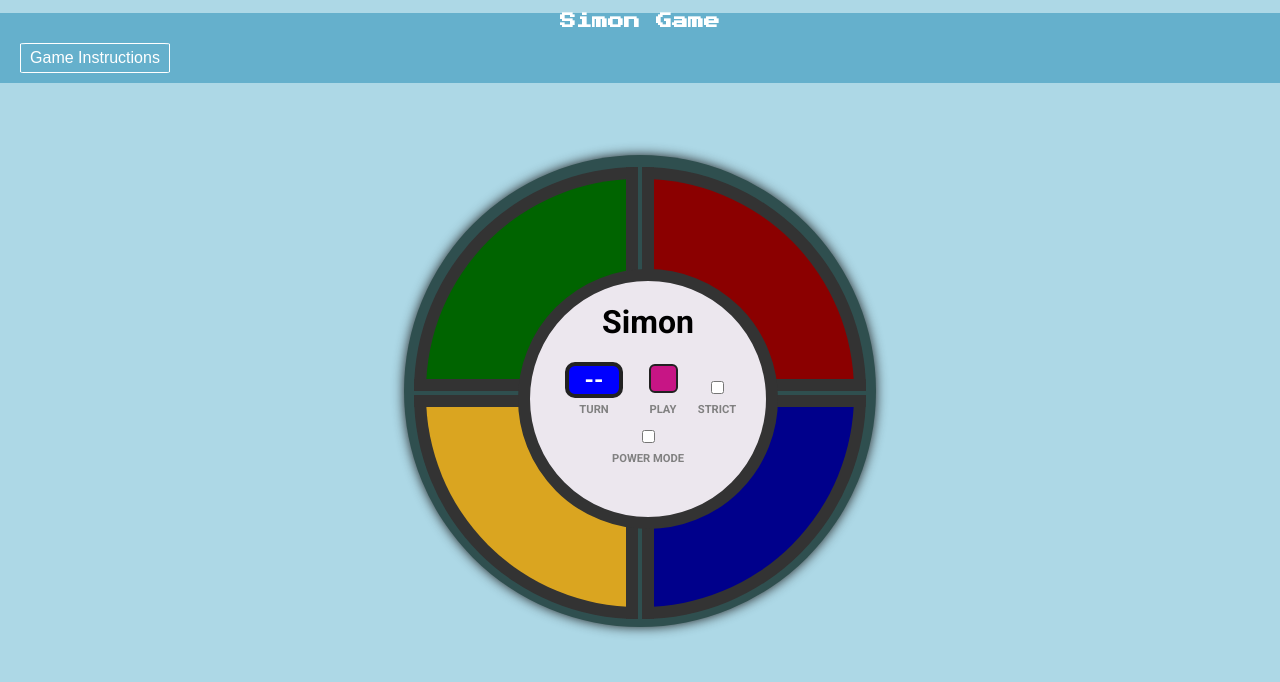
Repository: bbarbara19/memorygame
Page: index.html
The author's editor kept a record of every edit. The page is drawn from the files as they stood at one moment, then again after the next edit.
The browser window is 1280 px wide. The pictures show the whole page.

Above is the page before.

### index.html
<!DOCTYPE html>
<html lang="en">
<head>
    <meta charset="UTF-8">
    <meta name="viewport" content="width=device-width, initial-scale=1.0">
    <meta http-equiv="X-UA-Compatible" content="ie=edge">
    <link rel="stylesheet" href="style.css" type="text/css"/>
    <link rel="stylesheet" href="" type="text/css" />
    <script src="https://cdn.jsdelivr.net/npm/sweetalert2@8"></script>
    <title>Simon Game</title>
      <audio id="clip1" src="sounds/simonSound1.mp3"></audio>
      <audio id="clip2" src="sounds/simonSound2.mp3"></audio>
      <audio id="clip3" src="sounds/simonSound3.mp3"></audio>
      <audio id="clip4" src="sounds/simonSound4.mp3"></audio>
</head>
<body>

<!--nav bar-->

<nav>
    <div class="title">
        <h1 style="font-family: 'Press Start 2P', cursive; font-size:16px; color:white; text-align:center;">Simon Game</h1>
    </div>
    <div class="btn-wrap">
            <button class="btn-GameHelp" onclick="confirmation();">Game Instructions</button>
    </div>
</nav>

<!--nav bar-->

<!--Container Game console-->
<div class="container">
    <div class="fourPads">
        <div>
            <div class="inline pad green" id='green'></div>
            <div class="inline pad red" id='red'></div>
        </div>
        <div>
          <div class="inline pad yellow" id='yellow'></div>
          <div class="inline pad blue" id='blue'></div>
        </div>
     </div> <!--end fourPads -->
     <div class="console"> <!--inner gma console -->
         <h1 class="brand">Simon</h1>
         <div class="rw">
             <div class="display inline">
                 <h1 class="counter boxTurn" id="Counter">--</h1>
                 <h3 class="label">TURN</h3>
             </div>
             <div class="btn-box inline">
                 <div class="round-btn clickable" id="start"></div>
                 <h3 class="label">PLAY</h3>
             </div>
             <div class="btn-box inline">
                 <input type="checkbox" class="toggle" id="strictMode">
                 <h3 class="label">STRICT</h3>
             </div> <!--ligh stric mode on-->
             <div>
                 <input type="checkbox" class="toggle inline" id="powerMode">
                 <h3 class="label">POWER MODE</h3>
                 </input>
             </div> <!--fine center div-->
         </div>
    </div>  <!--end inner game console -->
</div> <!--end main container -->
<script type="text/javascript" src="script.js"></script>
</body>
</html>

### style.css
@import url('https://fonts.googleapis.com/css?family=Roboto:300,400,500,700&display=swap');
@import url('https://fonts.googleapis.com/css?family=Press+Start+2P&display=swap');

body {
 background-color: lightblue;
 font-family:Roboto;
 margin:0;
 padding:0;
}

/*--style Button Drop down instructions--*/

/* Dropdown Button */
.btn-GameHelp {
  background-color: #65b0cc;
  color: white;
  padding: 5px;
  width:150px;
  position: relative;
  margin: 10 auto;
  font-size: 16px;
  cursor: pointer;
  left:20px;
  border-radius:4%;
  border: solid 1px white;
  text-align:center;
}

nav {
  margin:0;
  padding:0;
  width:100%;
  height:70px;
  background-color:#65b0cc;
}

.title{
 width: 50%;
 margin: 0 auto;
}
/*--End style Button Drop down instructions--*/

/*--style Game container--*/

.h1{
  font-family: 'Press Start 2P', cursive;
  font-size:16px;
  color : #222;
  margin-top:10px;
}

.container{
  width: 472px;
  height:472px;
  border-radius:100%;
  position: relative;
  text-align: center;
  margin:auto;
  background-color:darkslategray;
  top:10vh;
  box-shadow: 0px 0px 12px #222;
}

.fourPads{
  position: relative;
  top:12px;
}

.pad.red {
    background:darkred;
    border-top-right-radius : 100%;
}

.pad.green {
    background:darkgreen;
    border-top-left-radius : 100%;
}

.pad.yellow {
    background:goldenrod;
    border-bottom-left-radius : 100%;
}

.pad.blue {
    background:darkblue;
    border-bottom-right-radius : 100%;
}

.console{
  width:50%;
  height:50%;
  position : absolute;
  border-radius:100%;
  top:50%;
  left:50%;
  margin: -122px 0 0  -122px;
  background-color:#ECE7EE;
  border: 12px solid #333;
}

.pad {
  position  : relative;
  width:200px;
  height:200px;
  background-color : grey;
  border: 12px solid #333;
}

.inline{
  display: inline-block;
}

.counter{
  font-family: Roboto;
  color : white;
  padding : 0px;
  font-size : 1.5em;
  width : 50px;
  background-color: #00FF;
  position:relative;
  border : 4px solid #222;
  border-radius : 10px;
  margin:auto;
}

.round-btn{
  width : 25px;
  height : 25px;
  position: relative;
  background-color : mediumvioletred;
  border-radius : 20%;
  border : 2px solid #222;
  margin:auto;
  top : -5px;
}

.round-btn:active{
    box-shadow : 0 1px 1px #292929;
    top : -4px;
}

.clickable{
  pointer-events : auto;
  cursor:pointer;
}

.led-on{
  background-color:#DC0D29;
}

.led-off{
  color:white;
}

.label{
  color : grey;
  font-family :Roboto;
  font-size:0.7em;
  margin-top:5px;
  text-align:center;
}

.display{
  width : 80px;
  position:relative;
  text-align:center;
}

.btn-box{
  width : 50px;
  position:relative;
}
/*--style Game container--*/

### script.js
let SimonOrder = [];
let playerOrder = [];
let flash;
let turn;
let good;
let SimonTurn;
let intervalId;
let strict = false;
let noise = true;
let on = false;
let win;

const turnCounter = document.querySelector("#Counter");

// event listener to check if StrictMode is checked or not
function StrictMode(){
  if (document.querySelector('#strictMode').checked == true){
  console.log('selezionato');
  strict = true;
  } else {
  strict = false;
  }
}


// event listener on the click on the strict mode checkbox, to call the function  StrictMode()
document.querySelector('#strictMode').addEventListener('click', function(){
 console.log('StrictMode');
 StrictMode();
})


// Power mode checked - allows different messages on the counter box TESTED

function PowerChecked(){
if (document.querySelector('#powerMode').checked == true){
  console.log('power mode is on');
  on = true;
  document.querySelector(".boxTurn").innerHTML = "ON";
  } else {
  console.log('power mode is off');
  on = false;
  document.querySelector(".boxTurn").innerHTML = "OFF";
  clearColor();
  clearInterval(intervalId);
  }
}

document.querySelector('#powerMode').addEventListener('click', function(){
 console.log('PowerClicked');
 PowerChecked();
 alert('Power Mode active, press the Play button!')
})

//function clear Color - reset the pad colours to dark after the turn
function clearColor() {
  document.querySelector('.green').style.backgroundColor = "darkgreen";
  document.querySelector('.red').style.backgroundColor = "darkred";
  document.querySelector('.yellow').style.backgroundColor = "goldenrod";
  document.querySelector('.blue').style.backgroundColor = "darkblue";
}

//function Flash Color - flashes the pad colours during the turn TESTED
function flashColor() {
 document.querySelector('.green').style.backgroundColor = "lime";
 document.querySelector('.red').style.backgroundColor = "red";
 document.querySelector('.yellow').style.backgroundColor = "yellow";
 document.querySelector('.blue').style.backgroundColor = "turquoise";
}

//functions play audio
function padgreen() {
  if (noise) {
    let audio = document.getElementById("clip1");
    audio.play();
  }
  noise = true;
  document.querySelector('.green').style.backgroundColor = "lime";
}

function padred() {
  if (noise) {
    let audio = document.getElementById("clip2");
    audio.play();
  }
  noise = true;
  document.querySelector('.red').style.backgroundColor = "red";
}

function padblue() {
  if (noise) {
    let audio = document.getElementById("clip3");
    audio.play();
  }
  noise = true;
  document.querySelector('.blue').style.backgroundColor = "turquoise";
}

function padyellow() {
  if (noise) {
    let audio = document.getElementById("clip4");
    audio.play();
  }
  noise = true;
  document.querySelector('.yellow').style.backgroundColor = "yellow";
}

//Play function at the start Simon and Player order set to zero, counter set to 1
function play() {
  SimonOrder = [];
  playerOrder = [];
  flash = 0;
  win = false;
  intervalId = 0;
  turn = 1;
  turnCounter.innerHTML = 1;
  good = true;
  for (var i = 0; i < 10; i++) {
    SimonOrder.push(Math.floor(Math.random() * 4) + 1);
  }
  console.log(SimonOrder);
  SimonTurn = true; //it starts with the computer turn
  intervalId = setInterval(gameTurn, 800); //setinterval is going to run the function gameTurn after 800 mlliseconds
  //the computer flashes a ligh after 800 milliseconds and is going to repeat it until this interval is cleared
  //this interval is cleared after all the lights have been flashed
}

function gameTurn() {
  on = false; //during the computer turn the player can't click on the buttons
  if (flash == turn) {
    clearInterval(intervalId);
    SimonTurn = false;
    clearColor();
    on = true;
  }


  // if it is the computer turn,  it clears all the pad colours and activate the flashes on the four pads
    if (SimonTurn) {
    clearColor();
    setTimeout( function Flash() {  //setTimeout after 200 milliseconds
      if (SimonOrder[flash] == 1){
        padgreen();
      }
      if (SimonOrder[flash] == 2){
        padred();
      }
      if (SimonOrder[flash] == 3){
        padblue();
      }
      if (SimonOrder[flash] == 4){
        padyellow();
      }
      flash++; //flash started at 0 and is going to be incremented of one every time the computer flashes, this happens after 200 milliseconds
      //a light is going to be to
    }, 200);
  }

}

//event listener of the start button to call the play()function
document.querySelector("#start").addEventListener('click', function StartCommand(){
  if (on || win) {
  console.log('start pressed');
  play();
  }
})

//function to check the win status
function check() {
  if (playerOrder[playerOrder.length - 1] !== SimonOrder[playerOrder.length - 1]) {
    good = false;
    console.log(good);
    window.alert("try again!");
  }

  if (playerOrder.length == 10 && good) {
    winGame();
  }

  if (good == false) {
    flashColor();
    turnCounter.innerHTML ="NO!";
    /*inner html not working*/
    setTimeout(() => {
      turnCounter.innerHTML = turn;
      clearColor();

      if (strict) {
        play();//reset the game to zero and start play again
      } else {
        SimonTurn = true;
        flash = 0;
        playerOrder = [];
        good = true;
        intervalId = setInterval(gameTurn, 800);
      }
    }, 800);
    noise = false;
  }

   if (turn == playerOrder.length && good && !win) {
    turn++;
    playerOrder = [];
    SimonTurn = true;
    flash = 0;
    window.alert("you won the turn!");
    turnCounter.innerHTML = turn;
    intervalId = setInterval(gameTurn, 800);
    console.log('the turn number is:'+turn);
  }

}


/*function that listens to the player click on the pads, records the number clicked in the Player Order array
flashes the pad and sound and after a timeout clear the pad colours*/

document.querySelectorAll('.pad').forEach(function(e){
    e.addEventListener('click', function(){
      if (on){
        console.log('cliccato');
        var padClicked = this.id;
              switch (padClicked) {
              case "green":
                console.log('green clicked');
                playerOrder.push(1);
                console.log(playerOrder);
                padgreen();
                check();
                if (!win) {
                  setTimeout(function(){
                  clearColor();
                 }, 300);
                }
                break;
              case "yellow":
                console.log('yellow clicked');
                playerOrder.push(4);
                console.log(playerOrder);
                padyellow();
                check();
                if (!win) {
                  setTimeout(function(){
                  clearColor();
                 }, 300);
                }
                break;
              case "red":
                console.log('red clicked');
                playerOrder.push(2);
                console.log(playerOrder);
                padred();
                check();
                if (!win) {
                  setTimeout(function(){
                  clearColor();
                 }, 300);
                }
                break;
              case "blue":
                console.log('blue clicked');
                playerOrder.push(3);
                console.log(playerOrder);
                padblue();
                check();
                if (!win) {
                  setTimeout(function(){
                  clearColor();
                 }, 300);
                }
                break;
              default:
                console.log('no match found');
            }
         }
          })
      })


// function win the game
function winGame() {
  flashColor();
  turnCounter.innerHTML = "WIN!";
  on = false;
  win = true;
  alert('Congratulations you won the game');
}

// function sweetalert2 - alert Game Help instructions

function confirmation()
  {
    Swal.fire({
  type: 'info',
  text: "You won't be able to revert this!",
  html:
    '<small>Simon is a memory game where you need to repeat a sequence of tones and lights, played by the device by pressing the buttons.</small>' +
    '<small>To win the game you have to pass 10 rounds, at each turn, the series becomes progressively longer and more complex.</small>' +
    '<small><h3><b>How to play</b></h3></small>' +
    '<li><small>To start the game check the Power Mode and the Play button</small></li>' +
    '<li><small>Each turn starts with the device flashing a sequence of lights</small></li>' +
    '<li><small>You have to repeat the same sequence by pressing the buttons</small></li>' +
    '<li><small>If you do a mistake, you can retry after the sequence is repeated</small></li>' +
    '<li><small>With the strict mode checked, the game is over after each mistake</small></li>' +
    '<li><small>The number of flashes matches the turn number of the counter</small></li>' +
    '<li><small>In each turn an additional sound is added to the previous sequence</small></li>',
  showCloseButton: true,
  showCancelButton: false,
  focusConfirm: false,
  confirmButtonAriaLabel: 'Thumbs up, great!',
    })
  }

After the next edit:
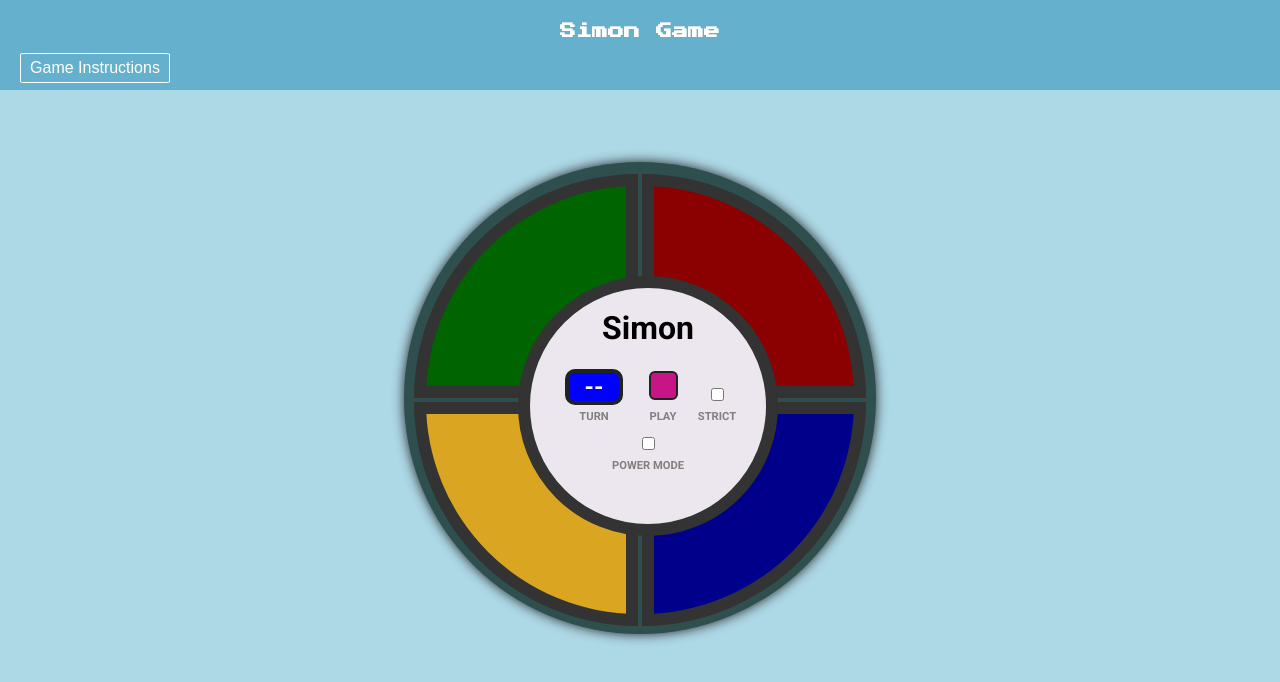
The edit:
--- a/style.css
+++ b/style.css
@@ -32,6 +32,8 @@
   width:100%;
   height:70px;
   background-color:#65b0cc;
+  padding-top: 10px;
+  padding-bottom: 10px;
 }
 
 .title{
